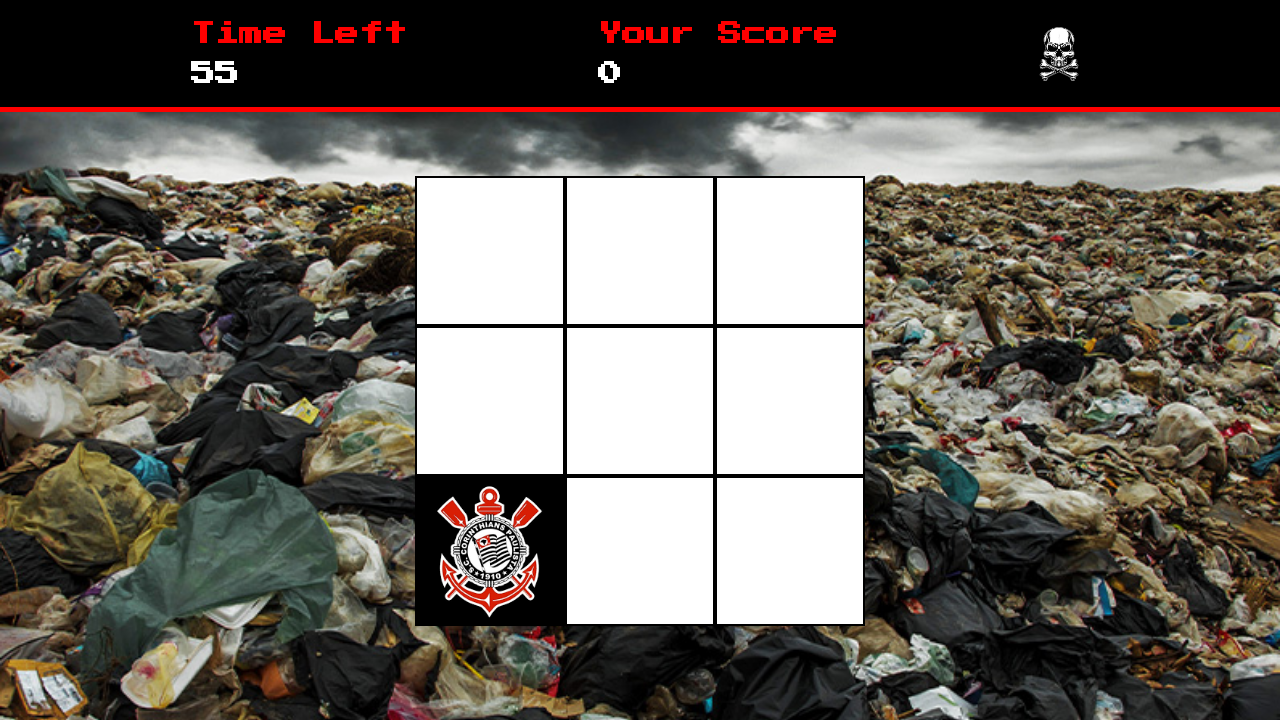
Repository: saulobeltrame/jogo-corinthians
Page: index.html
The author's editor kept a copy of each file at every save. The page is drawn from the files as they stood at one save, then again after the next save.
The browser window is 1280 px wide. The pictures show the whole page.
Some web fonts or font styles are not loaded; a fallback is used.

Above is the page before, as saved 2024-11-20 22:32:09.

### index.html
<!-- confg -->
<!DOCTYPE html>
<html lang="pt-br">

<head>
    <meta charset="UTF-8">
    <meta name="viewport" content="width=device-width, initial-scale=1.0">
    <title>Elimine o lixo</title>
    <!-- fonts -->
    <link rel="preconnect" href="https://fonts.googleapis.com">
    <link rel="preconnect" href="https://fonts.gstatic.com" crossorigin>
    <link
        href="https://fonts.googleapis.com/css2?family=Cabin:ital,wght@0,400..700;1,400..700&family=Notable&family=Press+Start+2P&family=Raleway:ital,wght@0,100..900;1,100..900&display=swap"
        rel="stylesheet">
    <!-- styles -->
    <link rel="stylesheet" href="./src/styles/reset.css">
    <link rel="stylesheet" href="./src/styles/main.css">
</head>

<body>

    <div class="container">
        <div class="menu">
            <div class="menu-time">
                <h2 style="color: red;">Time Left</h2>
                <h2 id="time-left">0</h2>
            </div>
            <div class="menu-score">
                <h2 style="color: red;">Your Score</h2>
                <h2 id="score">0</h2>

            </div>
            <div class="menu-lives">
                <img src="./src/images/caveira.jpg" height="60px">

            </div>

        </div>

        <div class="panel">
            <div class="panel-row">
                <div class="square enemy" id="1"></div>
                <div class="square" id="2"></div>
                <div class="square" id="3"></div>
            </div>
            <div class="panel-row">
                <div class="square" id="4"></div>
                <div class="square" id="5"></div>
                <div class="square" id="6"></div>
            </div>
            <div class="panel-row">
                <div class="square" id="7"></div>
                <div class="square" id="8"></div>
                <div class="square" id="9"></div>
            </div>
        </div>

    </div>


    <script defer src="./src/scripts/engine.js"></script>
</body>

</html>

### src/styles/reset.css
*{
    margin:0%;
    padding: 0%;
    box-sizing: border-box;
    /*font-family: "Bebas Neue" , sans-serif;*/
    font-family: "Press Start 2P", cursive;
}

### src/styles/main.css
body{
    background-color: #f0f8ff;
}
.container{
    display:flex;
    flex-direction: column;
    height: 100vh;
    background-image: url(../images/20170116_00_lixoindustrial.jpg);
    background-repeat: no-repeat;
    background-size: cover;
}
.menu{
    display: flex;
    justify-content: space-evenly;
    align-items: center;
    margin-bottom: 5%;
    height: 7rem;
    width: 100%;
    background-color: #000000;
    color:rgb(255, 255, 255);
    border-bottom: 5px solid #ff0000;
}
.panel{
    display: flex;
    align-items: center;
    justify-content: center;

}
.square{
    height: 150px;
    width: 150px;
    border: 2px solid rgb(0, 0, 0);
    background-color: #ffffff;
}
.enemy{
    background-image: url(../images/f73aea3ffc64c8fed5872ac0e736c656.png);
    background-size:cover;
    background-position: center;

}
.menu-lives{
    display: flex;
    align-items: center;
    justify-content:center;
}
.menu-time h2:nth-child(2),
.menu-score h2:nth-child(2){
    margin-top: 1rem;
}

### src/scripts/engine.js
alert("Para jogar é só clicar no simbolo para elimina-lo, ao final do tempo mostrará sua pontuação");
const state = {
    view: {
        squares: document.querySelectorAll(".square"),
        enemy: document.querySelector(".enemy"),
        timeleft: document.querySelector("#time-left"),
        score: document.querySelector("#score")
    },
    values: {
        gameVelocity: 550,
        hitPosition: 0,
        result: 0,
        currentTime: 60,
    },
    actions:{
        timerId: setInterval(randomSquare, 550),
        countDownTimerId: setInterval(countDown, 1000),
    }
};

function countDown(){
    state.values.currentTime--;
    state.view.timeleft.textContent = state.values.currentTime;

    if(state.values.currentTime <= 0){
        clearInterval(state.actions.countDownTimerId)
        clearInterval(state.actions.timerId)
        alert("Seu tempo acabou! Você eliminou: " + state.values.result + " lixos");
    }
}

function playSound(){
    let audio = new Audio("./src/audios/Tirosniper1.mp3");
    audio.play();
}

function randomSquare() {
    state.view.squares.forEach((square) => {
        square.classList.remove("enemy");
    });

    let randomNumber = Math.floor(Math.random() * 9)
    let randomSquare = state.view.squares[randomNumber]
    randomSquare.classList.add("enemy")
    state.values.hitPosition = randomSquare.id;
}

function moveEnemy() {
    state.values.timerId = setInterval(randomSquare, state.values.gameVelocity);
}
function addListenerHitBox() {
    state.view.squares.forEach((square) => {
        square.addEventListener("mousedown", () => {
            if (square.id === state.values.hitPosition) {
                state.values.result++;
                state.view.score.textContent = state.values.result;
                state.values.hitPosition = null
                playSound();
            }

        })
    })
}

function init() {
    addListenerHitBox();
}


init();

After the next save:
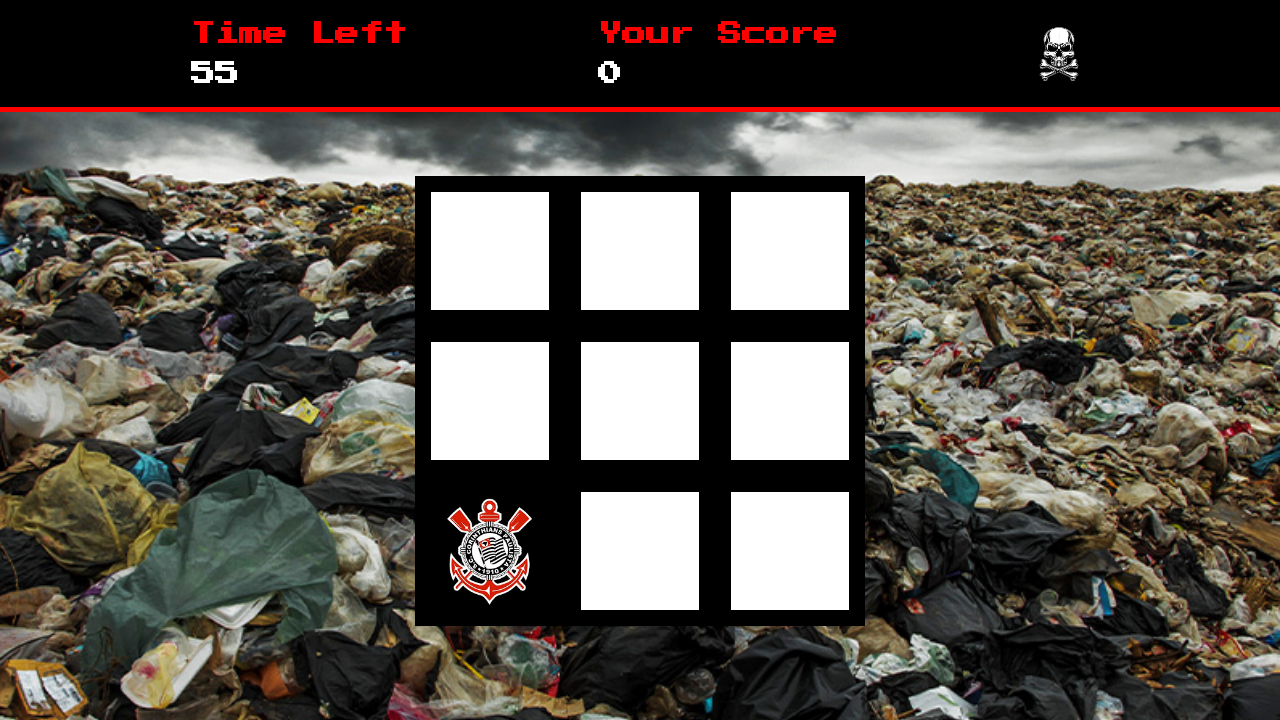
Saved 9 s later.
--- a/src/styles/main.css
+++ b/src/styles/main.css
@@ -29,7 +29,7 @@
 .square{
     height: 150px;
     width: 150px;
-    border: 2px solid rgb(0, 0, 0);
+    border: 1rem solid rgb(0, 0, 0);
     background-color: #ffffff;
 }
 .enemy{
